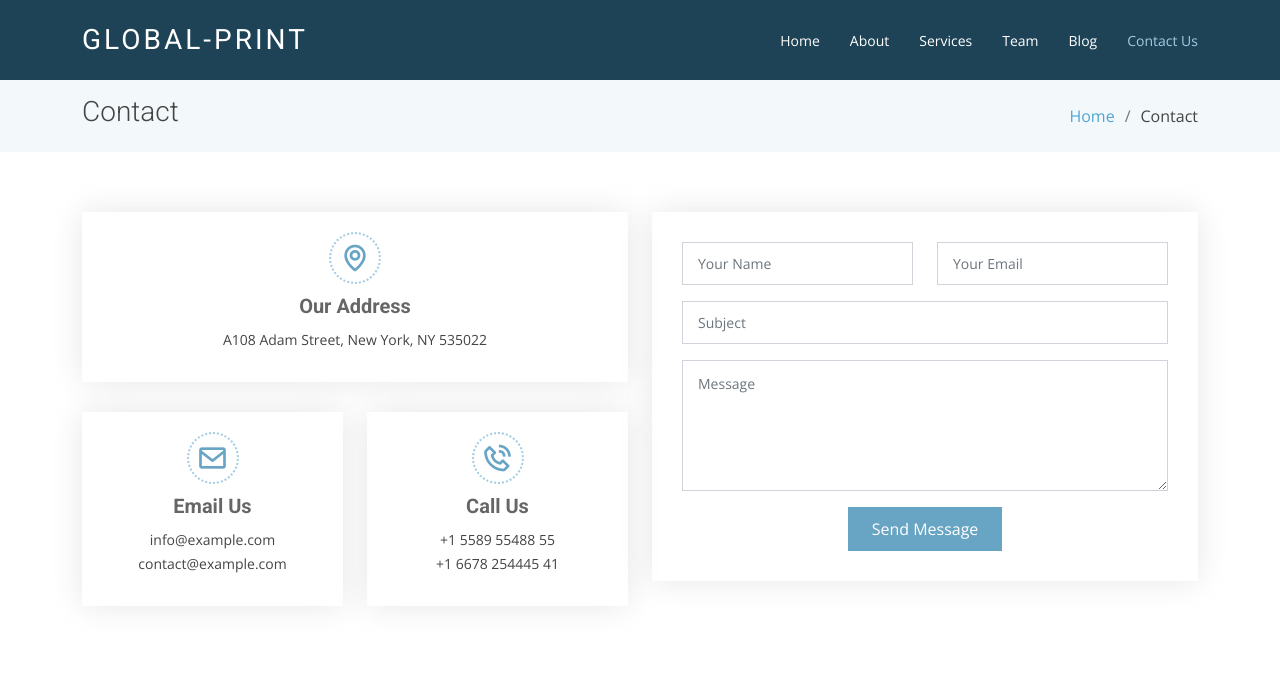
Repository: VachArt/Global-print
Page: contact.html
These files come from the project's save history. The page is drawn as it stood at one moment and after the next save; the edit follows.
The browser window is 1280 px wide. The pictures show the part of the page from y = 0 to 674 px (the page is 1789 px tall).
Pictures or frames that could not be fetched are drawn as grey boxes.

Above is the page before, as saved 2022-06-09 13:14:19.

After the next save:
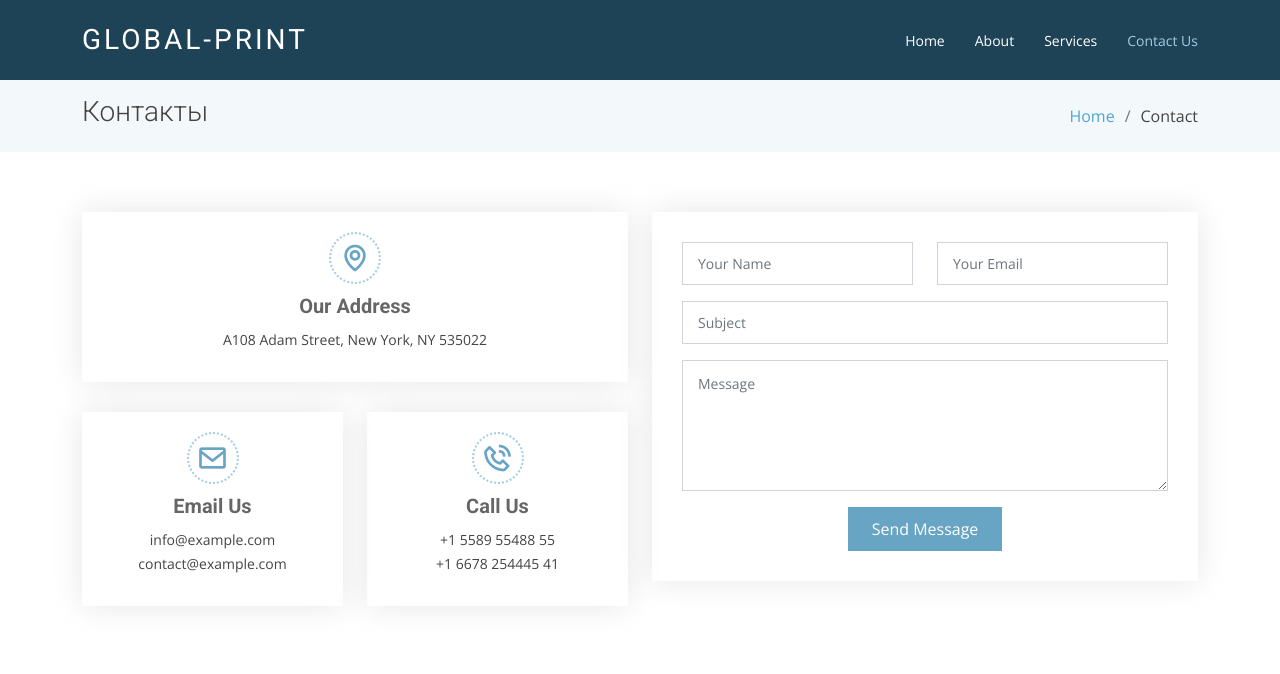
Saved 57 s later.
--- a/contact.html
+++ b/contact.html
@@ -50,8 +50,6 @@
           <li><a class="" href="index.html">Home</a></li>
           <li><a href="about.html">About</a></li>
           <li><a href="services.html">Services</a></li>
-          <li><a href="team.html">Team</a></li>
-          <li><a href="blog.html">Blog</a></li>
           <li><a class="active" href="contact.html">Contact Us</a></li>
         </ul>
         <i class="bi bi-list mobile-nav-toggle"></i>
@@ -67,7 +65,7 @@
       <div class="container">
 
         <div class="d-flex justify-content-between align-items-center">
-          <h2>Contact</h2>
+          <h2>Контакты</h2>
           <ol>
             <li><a href="index.html">Home</a></li>
             <li>Contact</li>
